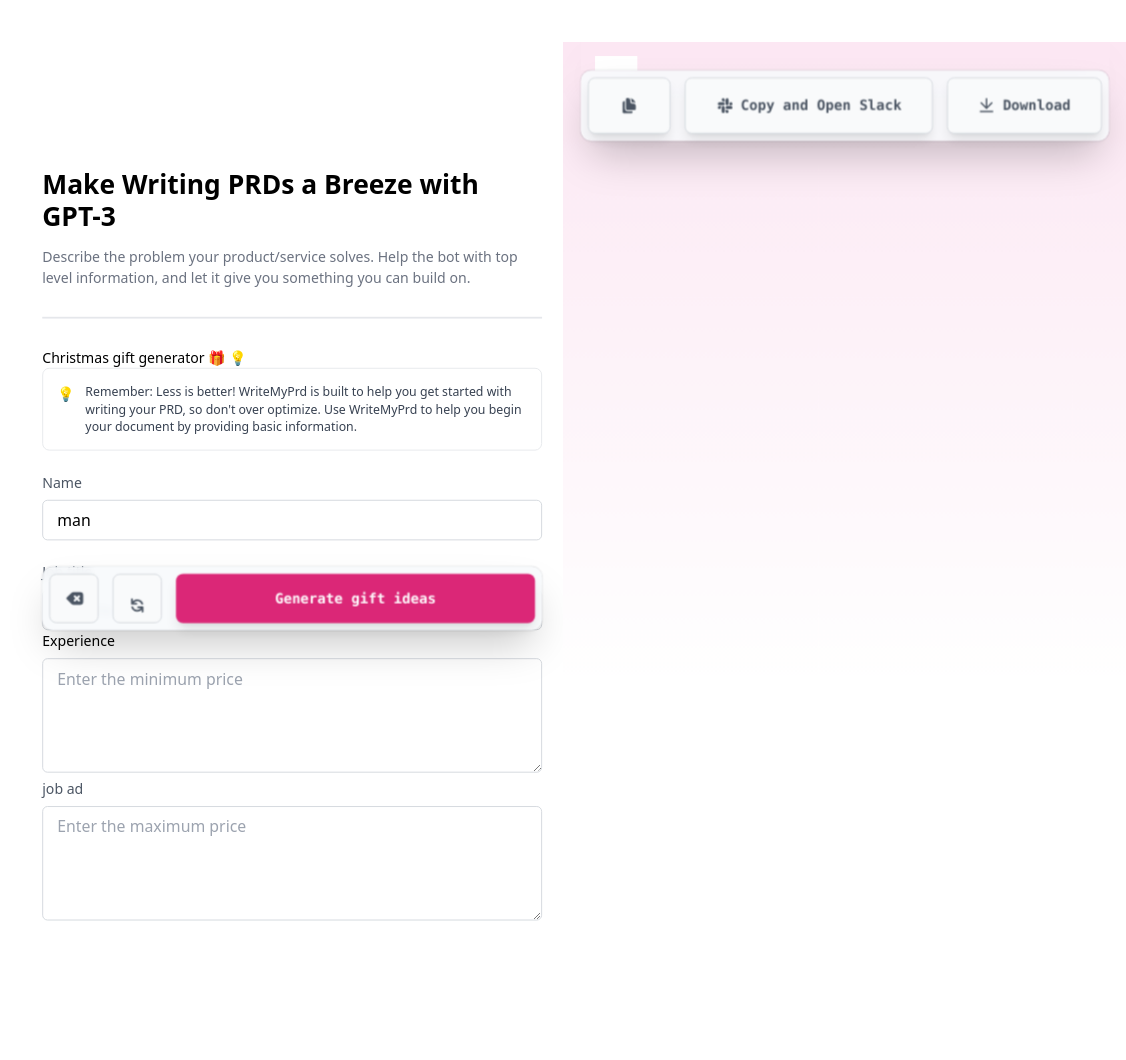
Repository: hamza-mastar/chatgpt-jpbad
Page: /
The author's editor kept a copy of each file at every save. The page is drawn from the files as they stood at one save, then again after the next save.
The browser window is 1280 px wide. The pictures show the whole page, at 88% of full size.
The project was rebuilt for these pictures with package versions that can differ from the ones it lists, and the page was loaded fresh each time. The framework's server and built-in components were replaced by stand-ins that run in the browser.

Above is the page before, as saved 2023-01-30 16:39:56.

### pages/_app.js
import 'tailwindcss/tailwind.css'

import '../styles/globals.css'

export default function MyApp({ Component, pageProps }) {
  return <Component {...pageProps} />
}

### pages/index.js
import Head from 'next/head';
import React from 'react';
import { useState } from 'react';
import ReactDOM from 'react-dom';
import {CopyToClipboard} from 'react-copy-to-clipboard';

import styles from './index.module.css';


// import './gifts.css'







export default function Home() {
  const [name, setName] = useState('man');
  const [job_title, setJob_title] = useState("");
  const [experience, setExperience] = useState("");
  const [job_ad, setJob_ad] = useState("");

  const [loading, setLoading] = useState(false);

  const [result, setResult] = useState('');


  const [copy,setCopy] = useState(false)

  async function onSubmit(event) {
    event.preventDefault();
    if (loading) {
      return;
    }
    setLoading(true);
    setResult('hamza');
    const response = await fetch('/api/generate-gifts', {
      method: 'POST',
      headers: {
        'Content-Type': 'application/json',
      },
      body: JSON.stringify({ name, job_title, experience, job_ad}),
    });
    const data = await response.json();
    setResult(data.result.replaceAll('\n', '<br />'));
    setLoading(false);

  }


  return (
    <>



    <body class="h-full px-5 sm:px-6">
      <div class="flex relative sm:flex-col md: flex-col">

      <Head>
        <title>OpenAI Quickstart</title>
        <link rel="icon" href="/dog.png" />
      </Head>

      <main className={styles.main}>
     <div class="min-h-screen w-full lg:w-1/2 relative">
    <div class="h-full px-5 sm:px-6">
      <div class="h-full w-full max-w-xl mx-auto flex flex-col after:mt-auto after:flex-1">
        <header class="sm:flex-1 flex mb-auto sm:py-10 pt-6 items-center sm:justify-between flex-col sm:flex-row" >
          <div class="flex items-center justify-between h-24 md:h-20"> </div>

            {/* logo icone login  */}
            </header>
            <div class="flex-1 py-8">
           <div  class="mb-4" >
           <h1 class="text-3xl font-bold font-inter mb-2"> Make Writing PRDs a Breeze with GPT-3 </h1>
           <div class="text-gray-500 mt-4 mb-6"> Describe the problem your product/service solves. Help the bot with top level information, and let it give you something you can build on. </div>
           <div class="divide-y divide-gray-200 my-8 relative border"></div>





        <h3  >Christmas gift generator 🎁 💡</h3>
        <form  onSubmit={onSubmit} class="mb-12 relative">
        <div class="rounded-lg bg-white border p-4"><div class="flex"><div class="flex-shrink-0">💡</div><div class="ml-3 flex-1 md:flex md:justify-between"><p class="text-sm text-gray-700 font-medium"> Remember: Less is better! WriteMyPrd is built to help you get started with writing your PRD, so don't over optimize. Use WriteMyPrd to help you begin your document by providing basic information. </p></div></div></div>
        <div>
          <div class="py-6">
          <label class="relative transition text-gray-600 focus-within:text-gray-800 block" >Name</label>
          <input class="outline-none focus:outline-none text-lg bg-white rounded-md px-4 py-2 w-full border  focus:border-gray-400 border-gray-300 font-regular mt-2 transition-all undefined "
            type="text"
            name="name"
            placeholder="Enter the Name"
            value={name}
            onChange={(e) => setName(e.target.value)}
          />
          </div>


          <label class="relative transition text-gray-600 focus-within:text-gray-800 block">Job title</label>
          <input class="outline-none focus:outline-none text-lg bg-white rounded-md px-4 py-2 w-full border  focus:border-gray-400 border-gray-300 font-regular mt-2 transition-all undefined "
            type="text"
            name="job_title"
            placeholder="Job title"
            value={job_title}
            onChange={(e) => setJob_title(e.target.value)}
          />

          <label>Experience </label>
          <textarea class="form-textarea outline-none focus:outline-none text-lg bg-white rounded-md px-4 py-2 w-full border  focus:border-gray-400 border-gray-300 font-regular mt-2 transition-all undefined " rows="4"
          type="textarea"
          name="experience"
          placeholder="Enter the minimum price"
          value={experience}
          onChange={(e) => setExperience(e.target.value)} >

            </textarea>

          <label class="relative transition text-gray-600 focus-within:text-gray-800 block"> job ad</label>
          <textarea class="form-textarea outline-none focus:outline-none text-lg bg-white rounded-md px-4 py-2 w-full border  focus:border-gray-400 border-gray-300 font-regular mt-2 transition-all undefined " rows="4"
            type="text"
            name="job_ad"
            placeholder="Enter the maximum price"
            value={job_ad}
            onChange={(e) => setJob_ad(e.target.value)}
          ></textarea>


          <div class="sticky bottom-1 left-0 right-0 px-2 py-2 font-semibold text-sm text-slate-900 bg-slate-50/90 backdrop-blur-sm ring-1 ring-slate-900/10 space-x-4 rounded-xl shadow-2xl">
            <div class="flex gap-4 text-white text-sm font-bold font-mono leading-6 bg-stripes-indigo rounded-lg">
            <button id="clearAll" class="p-4 w-14 h-14 flex-none rounded-lg flex items-center justify-center bg-gray-50 border border-gray-300 text-gray-600 hover:bg-gray-100"><div tooltip="Clear All" position="top" class="w-full" data-v-47bc123b=""><svg class="w-6 h-6" fill="currentColor" viewBox="0 0 20 20" xmlns="http://www.w3.org/2000/svg"><path fill-rule="evenodd" d="M6.707 4.879A3 3 0 018.828 4H15a3 3 0 013 3v6a3 3 0 01-3 3H8.828a3 3 0 01-2.12-.879l-4.415-4.414a1 1 0 010-1.414l4.414-4.414zm4 2.414a1 1 0 00-1.414 1.414L10.586 10l-1.293 1.293a1 1 0 101.414 1.414L12 11.414l1.293 1.293a1 1 0 001.414-1.414L13.414 10l1.293-1.293a1 1 0 00-1.414-1.414L12 8.586l-1.293-1.293z" clip-rule="evenodd"></path></svg></div></button>
            <button id="re-generate-prd" class="w-14 h-14 flex-none rounded-lg flex items-center justify-center bg-gray-50 border border-gray-300 text-gray-600 hover:bg-gray-100"><div tooltip="Re-generate PRD" position="top" class="w-full" data-v-47bc123b=""><svg class="w-full mt-[30%] h-5 text-gray-600 mr-1" fill="currentColor" viewBox="0 0 20 20" xmlns="http://www.w3.org/2000/svg"><path fill-rule="evenodd" d="M4 2a1 1 0 011 1v2.101a7.002 7.002 0 0111.601 2.566 1 1 0 11-1.885.666A5.002 5.002 0 005.999 7H9a1 1 0 010 2H4a1 1 0 01-1-1V3a1 1 0 011-1zm.008 9.057a1 1 0 011.276.61A5.002 5.002 0 0014.001 13H11a1 1 0 110-2h5a1 1 0 011 1v5a1 1 0 11-2 0v-2.101a7.002 7.002 0 01-11.601-2.566 1 1 0 01.61-1.276z" clip-rule="evenodd"></path></svg></div></button>

          <input class="sm:p-4 p-3 pt-4 grow rounded-lg flex items-center justify-center bg-pink-600 hover:bg-pink-800 shadow-lg text-xs sm:text-base" type="submit" value="Generate gift ideas" />
          </div>
          </div>
          </div>
        </form>
        </div>
       </div>
        </div>
        </div>
          </div>

          {/* loging page ////////////////// */}

          <div class="relative  lg:fixed right-0 bottom-0 lg:block lg:w-1/2 overflow-hidden sm:px-5 lg:h-full h-auto  top-12">
            <div class="absolute inset-0 bg-gradient-to-b from-pink-100 to-white  -z-10" >
              <div class="relative lg:fixed right-0 bottom-0 lg:block lg:w-1/2 overflow-hidden sm:px-5 lg:h-full h-auto overflow-y-auto top-12">
                <div class="h-auto">
                {/* <div class="p-6 pb-0 h-[calc(100vh-6rem)]" > */}
                <div class="form-textarea relative text-base  w-full p-4 px-8 overflow-scroll h-[calc(100%-1rem)] shadow-2xl flex items-center justify-center" >
                <div class="text-pink-600 font-mono text-left text-base font-semibold absolute top-4 left-4">
        {loading && (
          <div>
            <h3>Looking for the best gift ideas 🎁 💡</h3>
            <img src="/loading.gif" className={styles.loading} />
          </div>



        )}
        <div type="text" onChange={(e)=>seResult(e.target.result.replaceAll('\n', '<br/>'))}
        class="whitespace-pre-wrap text-gray-800 bg-white h-auto text-lg divide-y px-4 pt-5 pb-4 sm:p-6 sm:pb-4 "
          className={styles.result}
          dangerouslySetInnerHTML={{ __html: result }}



        />


      <CopyToClipboard text={result}
          onCopy={() =>setCopy(true)}>
           <button className={`${copy ? 'copied' : 'copy' }`}>
             {copy ? 'Copied' : "Copy"}
           </button>
        </CopyToClipboard>


        </div>

        </div>


        </div>
        <div class="sticky bottom-1 left-0 right-0 px-2 py-2 font-semibold text-sm text-slate-900 bg-slate-50/90 backdrop-blur-sm ring-1 ring-slate-900/10 space-x-4 rounded-xl shadow-2xl">
            <div class="flex gap-4 text-white text-sm font-bold font-mono leading-6 bg-stripes-indigo rounded-lg">
  <button class="grow h-16 p-0 sm:p-[1.1rem] w-20 sm:w-auto h-auto rounded-lg flex items-center justify-center bg-gray-50 border-gray-300 text-gray-600 hover:bg-gray-100 shadow-lg border"><svg xmlns="http://www.w3.org/2000/svg" viewBox="0 0 24 24" fill="currentColor" class="h-5 w-5 flex-shrink-0 text-gray-600"><path d="M7.5 3.375c0-1.036.84-1.875 1.875-1.875h.375a3.75 3.75 0 013.75 3.75v1.875C13.5 8.161 14.34 9 15.375 9h1.875A3.75 3.75 0 0121 12.75v3.375C21 17.16 20.16 18 19.125 18h-9.75A1.875 1.875 0 017.5 16.125V3.375z"></path><path d="M15 5.25a5.23 5.23 0 00-1.279-3.434 9.768 9.768 0 016.963 6.963A5.23 5.23 0 0017.25 7.5h-1.875A.375.375 0 0115 7.125V5.25zM4.875 6H6v10.125A3.375 3.375 0 009.375 19.5H16.5v1.125c0 1.035-.84 1.875-1.875 1.875h-9.75A1.875 1.875 0 013 20.625V7.875C3 6.839 3.84 6 4.875 6z"></path></svg>
  </button>
  <button class="p-4 grow w-auto h-16 rounded-lg flex items-center justify-center bg-gray-50 border border-gray-300 text-gray-600 hover:bg-gray-100 shadow-lg text-xs sm:text-base"><svg fill="currentColor" class="h-5 w-5 flex-shrink-0 text-gray-600 mr-2" viewBox="0 0 24 24" xmlns="http://www.w3.org/2000/svg"><path d="M6.194 14.644c0 1.16-.943 2.107-2.103 2.107a2.11 2.11 0 0 1-2.104-2.107 2.11 2.11 0 0 1 2.104-2.106h2.103v2.106zm1.061 0c0-1.16.944-2.106 2.104-2.106a2.11 2.11 0 0 1 2.103 2.106v5.274a2.11 2.11 0 0 1-2.103 2.106 2.108 2.108 0 0 1-2.104-2.106v-5.274zm2.104-8.455c-1.16 0-2.104-.948-2.104-2.107s.944-2.106 2.104-2.106a2.11 2.11 0 0 1 2.103 2.106v2.107H9.359zm0 1.06a2.11 2.11 0 0 1 2.103 2.107 2.11 2.11 0 0 1-2.103 2.106H4.092a2.11 2.11 0 0 1-2.104-2.106 2.11 2.11 0 0 1 2.104-2.107h5.267zm8.447 2.107c0-1.16.943-2.107 2.103-2.107a2.11 2.11 0 0 1 2.104 2.107 2.11 2.11 0 0 1-2.104 2.106h-2.103V9.356zm-1.061 0c0 1.16-.944 2.106-2.104 2.106a2.11 2.11 0 0 1-2.103-2.106V4.082a2.11 2.11 0 0 1 2.103-2.106c1.16 0 2.104.946 2.104 2.106v5.274zm-2.104 8.455c1.16 0 2.104.948 2.104 2.107s-.944 2.106-2.104 2.106a2.11 2.11 0 0 1-2.103-2.106v-2.107h2.103zm0-1.06a2.11 2.11 0 0 1-2.103-2.107 2.11 2.11 0 0 1 2.103-2.106h5.268a2.11 2.11 0 0 1 2.104 2.106 2.11 2.11 0 0 1-2.104 2.107h-5.268z"></path></svg> Copy and Open Slack </button>
  <button class="p-4 grow w-auto h-16 rounded-lg flex items-center justify-center bg-gray-50 border border-gray-300 text-gray-600 hover:bg-gray-100 shadow-lg text-xs sm:text-base"><svg class="h-5 w-5 flex-shrink-0 text-gray-600 fill-gray-600 mr-2" xmlns="http://www.w3.org/2000/svg" viewBox="0 0 24 24"><path fill="none" d="M0 0h24v24H0z"></path><path d="M3 19h18v2H3v-2zm10-5.828L19.071 7.1l1.414 1.414L12 17 3.515 8.515 4.929 7.1 11 13.17V2h2v11.172z"></path></svg> Download </button></div></div>
        </div>
        </div>
        </div>
        {/* </div> */}

      </main>
      </div>

      </body>


    </>
  );
}
// Name Job_title Experience job_ad

### pages/index.module.css


@font-face {
  font-family: "ColfaxAI";
  src: url(https://cdn.openai.com/API/fonts/ColfaxAIRegular.woff2)
      format("woff2"),
    url(https://cdn.openai.com/API/fonts/ColfaxAIRegular.woff) format("woff");
  font-weight: normal;
  font-style: normal;
}
@font-face {
  font-family: "ColfaxAI";
  src: url(https://cdn.openai.com/API/fonts/ColfaxAIBold.woff2) format("woff2"),
    url(https://cdn.openai.com/API/fonts/ColfaxAIBold.woff) format("woff");
  font-weight: bold;
  font-style: normal;
}
/* .main,
.main input {
  font-size: 16px;
  line-height: 24px;
  color: #353740;
  font-family: "ColfaxAI", Helvetica, sans-serif;
}
.main {
  display: flex;
  flex-direction: column;
  align-items: center;
  padding-top: 60px;
}
.main .icon {
  width: 34px;
}
.main h3 {
  font-size: 32px;
  line-height: 40px;
  font-weight: bold;
  color: #202123;
  margin: 16px 0 40px;
}
.main form {
  display: flex;
  flex-direction: column;
  width: 320px;
}
.main input[type="text"] {
  padding: 12px 16px;
  border: 1px solid #10a37f;
  border-radius: 4px;
  margin-bottom: 24px;
  outline-color: #10a37f;
}
.main ::placeholder {
  color: #8e8ea0;
  opacity: 1;
}
.main input[type="submit"] {
  padding: 12px 0;
  color: #fff;
  background-color: #10a37f;
  border: none;
  border-radius: 4px;
  text-align: center;
  cursor: pointer;
}
.main .result {
  padding: 100px;
  font-weight: bold;
  margin-top: 40px;
  position:absolute;
  display: flex;
  justify-content: end;
} */

.main .loading {
  width: 50;
}

/* .main input[type="text"],
.main input[type="number"],
.main select {
  padding: 12px 16px;
  border: 1px solid #10a37f;
  border-radius: 4px;
  margin-bottom: 12px;
  margin-top: 4px;
}
.hamza {
  background-color: #10a37f;
} */






.relative {
  position: relative;
}

.nano {
  background-color: white;
  color: black;
  display: flex;
  overflow: scroll;
}

.form-textarea{
  border-width: 1px;
  --tw-border-opacity: 1;
  border-color: rgb(209 213 219 / var(--tw-border-opacity));
  --tw-bg-opacity: 1;
  background-color: rgb(255 255 255 / var(--tw-bg-opacity));
  height: 600px;
  width: 600px;
}

.texxt-base {
  font-size: 18px;
  line-height: 1.5;
  letter-spacing: -.01em;
  color: black

}
.typed {
  color: #1f2937;
  white-space: break-spaces;
  font-size: 100px;
}
@media only screen and (max-width: 600px) {
  .goho {
    width: auto;
    display: flex;
    justify-content:center ;

  }
}

Loaded but not shown: styles/globals.css (common file); tailwind.config.js (common file)

After the next save:
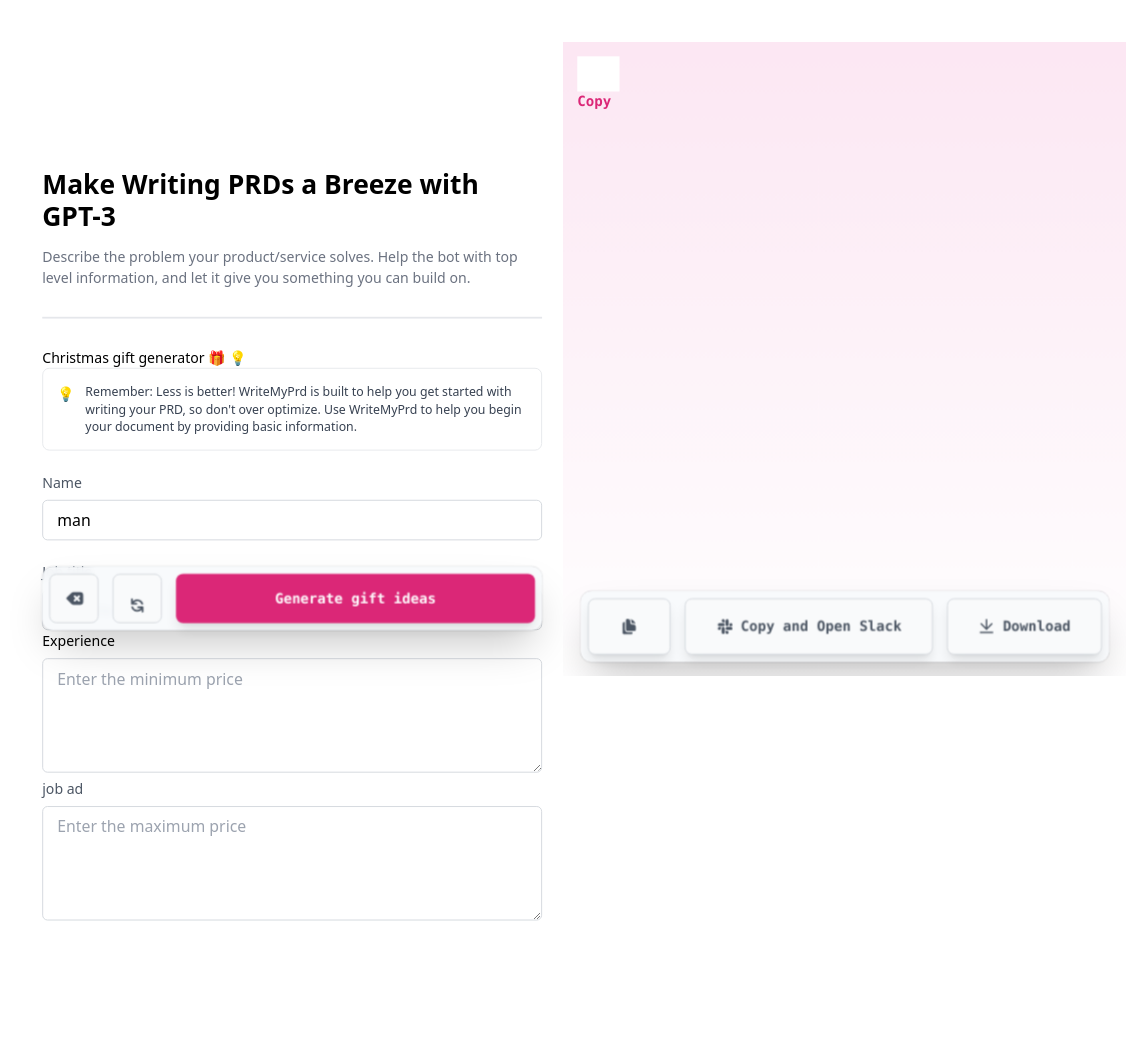
Saved 9 s later.
--- a/pages/index.js
+++ b/pages/index.js
@@ -148,8 +148,8 @@ export default function Home() {
             <div class="absolute inset-0 bg-gradient-to-b from-pink-100 to-white  -z-10" >
               <div class="relative lg:fixed right-0 bottom-0 lg:block lg:w-1/2 overflow-hidden sm:px-5 lg:h-full h-auto overflow-y-auto top-12">
                 <div class="h-auto">
-                {/* <div class="p-6 pb-0 h-[calc(100vh-6rem)]" > */}
-                <div class="form-textarea relative text-base  w-full p-4 px-8 overflow-scroll h-[calc(100%-1rem)] shadow-2xl flex items-center justify-center" >
+                <div class="p-6 pb-0 h-[calc(100vh-6rem)]" >
+                {/* <div class="form-textarea relative text-base  w-full p-4 px-8 overflow-scroll h-[calc(100%-1rem)] shadow-2xl flex items-center justify-center" > */}
                 <div class="text-pink-600 font-mono text-left text-base font-semibold absolute top-4 left-4">
         {loading && (
           <div>
